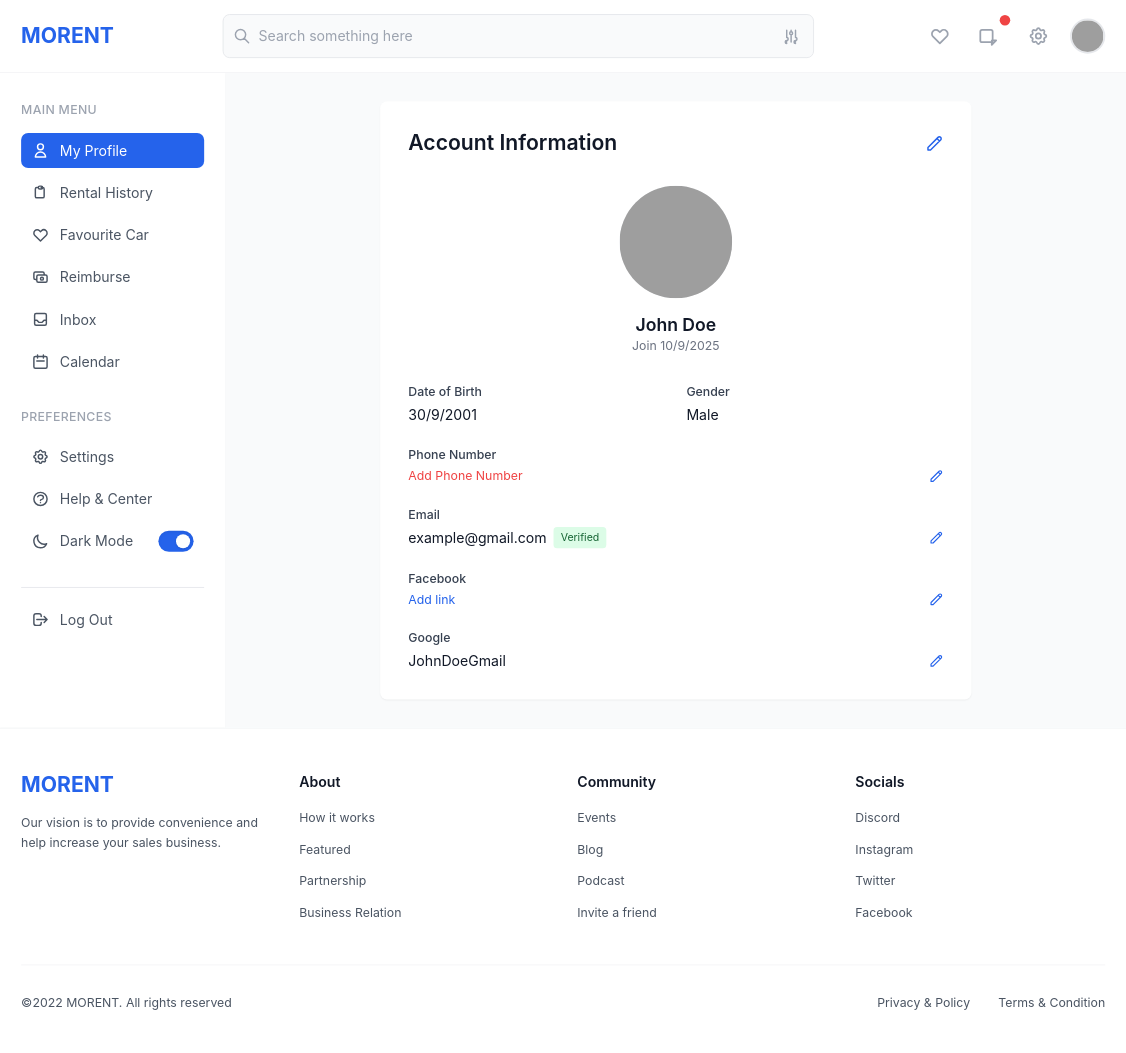
Repository: hhq160325/CRA
Page: /profile
These files come from the project's save history. The page is drawn as it stood at one moment and after the next save; the edit follows.
The browser window is 1280 px wide. The pictures show the whole page, at 88% of full size.
Pictures or frames that could not be fetched are drawn as grey boxes. The project was rebuilt for these pictures with package versions that can differ from the ones it lists, and the page was loaded fresh each time. Also part of the build but not shown: src/features/cars/RegisterCar.jsx, src/features/cars/RegisterCarStep2.jsx, src/features/cars/RegisterCarStep3.jsx, src/shared/components/ProtectedRoute.jsx.

Above is the page before, as saved 2025-10-05 15:38:58.

### src/index.css
@tailwind base;
@tailwind components;
@tailwind utilities;

/* Custom styles */
body {
  margin: 0;
  font-family: -apple-system, BlinkMacSystemFont, 'Segoe UI', 'Roboto', 'Oxygen',
    'Ubuntu', 'Cantarell', 'Fira Sans', 'Droid Sans', 'Helvetica Neue',
    sans-serif;
  -webkit-font-smoothing: antialiased;
  -moz-osx-font-smoothing: grayscale;
}

* {
  box-sizing: border-box;
}

### src/routes/AppRouter.jsx
import React from 'react';
import { Routes, Route } from 'react-router-dom';
import { RegisterCar, RegisterCarStep2, RegisterCarStep3 } from '../features/cars';
import { ProfilePage } from '../features/user';

// Placeholder components - replace with your actual pages
const HomePage = () => (
  <div className="container mx-auto px-6 py-8">
    <h1 className="text-3xl font-bold text-gray-900 mb-4">Welcome to MORENT</h1>
    <p className="text-gray-600">Your car rental platform is ready!</p>
  </div>
);

const AppRouter = () => {
  return (
    <Routes>
      <Route path="/" element={<HomePage />} />
      <Route path="/profile" element={<ProfilePage />} />
      <Route path="/register-car" element={<RegisterCar />} />
      <Route path="/register-car/step-2" element={<RegisterCarStep2 />} />
      <Route path="/register-car/step-3" element={<RegisterCarStep3 />} />
      {/* Add your other routes here */}
    </Routes>
  );
};

export default AppRouter;

### src/shared/components/NavBar.jsx
import React, { useState } from 'react';
import { Link } from 'react-router-dom';

const NavBar = () => {
    const [searchQuery, setSearchQuery] = useState('');

    return (
        <nav className="bg-white shadow-sm border-b border-gray-100 px-6 py-4">
            <div className="max-w-7xl mx-auto flex items-center justify-between">
                {/* Logo */}
                <div className="flex items-center">
                    <h1 className="text-2xl font-bold text-blue-600">MORENT</h1>
                </div>

                {/* Search Bar */}
                <div className="flex-1 max-w-2xl mx-8">
                    <div className="relative">
                        <div className="absolute inset-y-0 left-0 pl-3 flex items-center pointer-events-none">
                            <svg className="h-5 w-5 text-gray-400" fill="none" stroke="currentColor" viewBox="0 0 24 24">
                                <path strokeLinecap="round" strokeLinejoin="round" strokeWidth={2} d="M21 21l-6-6m2-5a7 7 0 11-14 0 7 7 0 0114 0z" />
                            </svg>
                        </div>
                        <input
                            type="text"
                            placeholder="Search something here"
                            value={searchQuery}
                            onChange={(e) => setSearchQuery(e.target.value)}
                            className="w-full pl-10 pr-12 py-3 border border-gray-200 rounded-lg focus:outline-none focus:ring-2 focus:ring-blue-500 focus:border-transparent bg-gray-50"
                        />
                        <div className="absolute inset-y-0 right-0 pr-3 flex items-center">
                            <button className="p-1 text-gray-400 hover:text-gray-600">
                                <svg className="h-5 w-5" fill="none" stroke="currentColor" viewBox="0 0 24 24">
                                    <path strokeLinecap="round" strokeLinejoin="round" strokeWidth={2} d="M12 6V4m0 2a2 2 0 100 4m0-4a2 2 0 110 4m-6 8a2 2 0 100-4m0 4a2 2 0 100 4m0-4v2m0-6V4m6 6v10m6-2a2 2 0 100-4m0 4a2 2 0 100 4m0-4v2m0-6V4" />
                                </svg>
                            </button>
                        </div>
                    </div>
                </div>

                {/* Right Side Icons */}
                <div className="flex items-center space-x-4">
                    {/* Heart/Favorites */}
                    <button className="p-2 text-gray-400 hover:text-gray-600 relative">
                        <svg className="h-6 w-6" fill="none" stroke="currentColor" viewBox="0 0 24 24">
                            <path strokeLinecap="round" strokeLinejoin="round" strokeWidth={2} d="M4.318 6.318a4.5 4.5 0 000 6.364L12 20.364l7.682-7.682a4.5 4.5 0 00-6.364-6.364L12 7.636l-1.318-1.318a4.5 4.5 0 00-6.364 0z" />
                        </svg>
                    </button>

                    {/* Notifications */}
                    <button className="p-2 text-gray-400 hover:text-gray-600 relative">
                        <svg className="h-6 w-6" fill="none" stroke="currentColor" viewBox="0 0 24 24">
                            <path strokeLinecap="round" strokeLinejoin="round" strokeWidth={2} d="M15 17h5l-5 5v-5zM4 19h10a2 2 0 002-2V7a2 2 0 00-2-2H4a2 2 0 00-2 2v10a2 2 0 002 2z" />
                        </svg>
                        {/* Notification badge */}
                        <span className="absolute -top-1 -right-1 h-3 w-3 bg-red-500 rounded-full"></span>
                    </button>

                    {/* Settings */}
                    <button className="p-2 text-gray-400 hover:text-gray-600">
                        <svg className="h-6 w-6" fill="none" stroke="currentColor" viewBox="0 0 24 24">
                            <path strokeLinecap="round" strokeLinejoin="round" strokeWidth={2} d="M10.325 4.317c.426-1.756 2.924-1.756 3.35 0a1.724 1.724 0 002.573 1.066c1.543-.94 3.31.826 2.37 2.37a1.724 1.724 0 001.065 2.572c1.756.426 1.756 2.924 0 3.35a1.724 1.724 0 00-1.066 2.573c.94 1.543-.826 3.31-2.37 2.37a1.724 1.724 0 00-2.572 1.065c-.426 1.756-2.924 1.756-3.35 0a1.724 1.724 0 00-2.573-1.066c-1.543.94-3.31-.826-2.37-2.37a1.724 1.724 0 00-1.065-2.572c-1.756-.426-1.756-2.924 0-3.35a1.724 1.724 0 001.066-2.573c-.94-1.543.826-3.31 2.37-2.37.996.608 2.296.07 2.572-1.065z" />
                            <path strokeLinecap="round" strokeLinejoin="round" strokeWidth={2} d="M15 12a3 3 0 11-6 0 3 3 0 016 0z" />
                        </svg>
                    </button>

                    {/* Profile */}
                    <Link to="/profile" className="flex items-center">
                        <img
                            src="https://images.unsplash.com/photo-1507003211169-0a1dd7228f2d?w=40&h=40&fit=crop&crop=face"
                            alt="Profile"
                            className="h-10 w-10 rounded-full border-2 border-gray-200 hover:border-blue-500 transition-colors cursor-pointer"
                        />
                    </Link>
                </div>
            </div>
        </nav>
    );
};

export default NavBar;

### src/features/user/components/ProfilePage.jsx
import { useState } from 'react';

const ProfilePage = () => {
  const [userInfo, setUserInfo] = useState({
    name: 'John Doe',
    joinDate: 'Join 10/9/2025',
    dateOfBirth: '30/9/2001',
    gender: 'Male',
    phoneNumber: '',
    email: 'example@gmail.com',
    facebook: '',
    google: 'JohnDoeGmail'
  });

  const handleEdit = (field) => {
    console.log(`Edit ${field}`);
  };

  return (
    <div className="min-h-screen bg-gray-50">
      {/* Container with sidebar and main content */}
      <div className="flex">
        {/* Sidebar - positioned to align under MORENT logo */}
        <div className="w-64 bg-white shadow-sm min-h-screen">
          <div className="p-6 pt-8">
            <div className="mb-8">
              <h2 className="text-sm font-medium text-gray-400 uppercase tracking-wide mb-4">MAIN MENU</h2>
              <nav className="space-y-2">
                <a href="#" className="flex items-center px-3 py-2 text-white bg-blue-600 rounded-lg">
                  <svg className="w-5 h-5 mr-3" fill="none" stroke="currentColor" viewBox="0 0 24 24">
                    <path strokeLinecap="round" strokeLinejoin="round" strokeWidth={2} d="M16 7a4 4 0 11-8 0 4 4 0 018 0zM12 14a7 7 0 00-7 7h14a7 7 0 00-7-7z" />
                  </svg>
                  My Profile
                </a>
                <a href="#" className="flex items-center px-3 py-2 text-gray-600 hover:bg-gray-50 rounded-lg">
                  <svg className="w-5 h-5 mr-3" fill="none" stroke="currentColor" viewBox="0 0 24 24">
                    <path strokeLinecap="round" strokeLinejoin="round" strokeWidth={2} d="M9 5H7a2 2 0 00-2 2v10a2 2 0 002 2h8a2 2 0 002-2V7a2 2 0 00-2-2h-2M9 5a2 2 0 002 2h2a2 2 0 002-2M9 5a2 2 0 012-2h2a2 2 0 012 2" />
                  </svg>
                  Rental History
                </a>
                <a href="#" className="flex items-center px-3 py-2 text-gray-600 hover:bg-gray-50 rounded-lg">
                  <svg className="w-5 h-5 mr-3" fill="none" stroke="currentColor" viewBox="0 0 24 24">
                    <path strokeLinecap="round" strokeLinejoin="round" strokeWidth={2} d="M4.318 6.318a4.5 4.5 0 000 6.364L12 20.364l7.682-7.682a4.5 4.5 0 00-6.364-6.364L12 7.636l-1.318-1.318a4.5 4.5 0 00-6.364 0z" />
                  </svg>
                  Favourite Car
                </a>
                <a href="#" className="flex items-center px-3 py-2 text-gray-600 hover:bg-gray-50 rounded-lg">
                  <svg className="w-5 h-5 mr-3" fill="none" stroke="currentColor" viewBox="0 0 24 24">
                    <path strokeLinecap="round" strokeLinejoin="round" strokeWidth={2} d="M17 9V7a2 2 0 00-2-2H5a2 2 0 00-2 2v6a2 2 0 002 2h2m2 4h10a2 2 0 002-2v-6a2 2 0 00-2-2H9a2 2 0 00-2 2v6a2 2 0 002 2zm7-5a2 2 0 11-4 0 2 2 0 014 0z" />
                  </svg>
                  Reimburse
                </a>
                <a href="#" className="flex items-center px-3 py-2 text-gray-600 hover:bg-gray-50 rounded-lg">
                  <svg className="w-5 h-5 mr-3" fill="none" stroke="currentColor" viewBox="0 0 24 24">
                    <path strokeLinecap="round" strokeLinejoin="round" strokeWidth={2} d="M20 13V6a2 2 0 00-2-2H6a2 2 0 00-2 2v7m16 0v5a2 2 0 01-2 2H6a2 2 0 01-2-2v-5m16 0h-2.586a1 1 0 00-.707.293l-2.414 2.414a1 1 0 01-.707.293h-3.172a1 1 0 01-.707-.293l-2.414-2.414A1 1 0 006.586 13H4" />
                  </svg>
                  Inbox
                </a>
                <a href="#" className="flex items-center px-3 py-2 text-gray-600 hover:bg-gray-50 rounded-lg">
                  <svg className="w-5 h-5 mr-3" fill="none" stroke="currentColor" viewBox="0 0 24 24">
                    <path strokeLinecap="round" strokeLinejoin="round" strokeWidth={2} d="M8 7V3m8 4V3m-9 8h10M5 21h14a2 2 0 002-2V7a2 2 0 00-2-2H5a2 2 0 00-2 2v12a2 2 0 002 2z" />
                  </svg>
                  Calendar
                </a>
              </nav>
            </div>

            <div className="mb-8">
              <h2 className="text-sm font-medium text-gray-400 uppercase tracking-wide mb-4">PREFERENCES</h2>
              <nav className="space-y-2">
                <a href="#" className="flex items-center px-3 py-2 text-gray-600 hover:bg-gray-50 rounded-lg">
                  <svg className="w-5 h-5 mr-3" fill="none" stroke="currentColor" viewBox="0 0 24 24">
                    <path strokeLinecap="round" strokeLinejoin="round" strokeWidth={2} d="M10.325 4.317c.426-1.756 2.924-1.756 3.35 0a1.724 1.724 0 002.573 1.066c1.543-.94 3.31.826 2.37 2.37a1.724 1.724 0 001.065 2.572c1.756.426 1.756 2.924 0 3.35a1.724 1.724 0 00-1.066 2.573c.94 1.543-.826 3.31-2.37 2.37a1.724 1.724 0 00-2.572 1.065c-.426 1.756-2.924 1.756-3.35 0a1.724 1.724 0 00-2.573-1.066c-1.543.94-3.31-.826-2.37-2.37a1.724 1.724 0 00-1.065-2.572c-1.756-.426-1.756-2.924 0-3.35a1.724 1.724 0 001.066-2.573c-.94-1.543.826-3.31 2.37-2.37.996.608 2.296.07 2.572-1.065z" />
                    <path strokeLinecap="round" strokeLinejoin="round" strokeWidth={2} d="M15 12a3 3 0 11-6 0 3 3 0 016 0z" />
                  </svg>
                  Settings
                </a>
                <a href="#" className="flex items-center px-3 py-2 text-gray-600 hover:bg-gray-50 rounded-lg">
                  <svg className="w-5 h-5 mr-3" fill="none" stroke="currentColor" viewBox="0 0 24 24">
                    <path strokeLinecap="round" strokeLinejoin="round" strokeWidth={2} d="M8.228 9c.549-1.165 2.03-2 3.772-2 2.21 0 4 1.343 4 3 0 1.4-1.278 2.575-3.006 2.907-.542.104-.994.54-.994 1.093m0 3h.01M21 12a9 9 0 11-18 0 9 9 0 0118 0z" />
                  </svg>
                  Help & Center
                </a>
                <div className="flex items-center px-3 py-2 text-gray-600">
                  <svg className="w-5 h-5 mr-3" fill="none" stroke="currentColor" viewBox="0 0 24 24">
                    <path strokeLinecap="round" strokeLinejoin="round" strokeWidth={2} d="M20.354 15.354A9 9 0 018.646 3.646 9.003 9.003 0 0012 21a9.003 9.003 0 008.354-5.646z" />
                  </svg>
                  <span className="flex-1">Dark Mode</span>
                  <div className="relative">
                    <input type="checkbox" className="sr-only" />
                    <div className="w-10 h-6 bg-blue-600 rounded-full shadow-inner">
                      <div className="w-4 h-4 bg-white rounded-full shadow transform translate-x-5 translate-y-1"></div>
                    </div>
                  </div>
                </div>
              </nav>
            </div>

            <div className="pt-4 border-t">
              <a href="#" className="flex items-center px-3 py-2 text-gray-600 hover:bg-gray-50 rounded-lg">
                <svg className="w-5 h-5 mr-3" fill="none" stroke="currentColor" viewBox="0 0 24 24">
                  <path strokeLinecap="round" strokeLinejoin="round" strokeWidth={2} d="M17 16l4-4m0 0l-4-4m4 4H7m6 4v1a3 3 0 01-3 3H6a3 3 0 01-3-3V7a3 3 0 013-3h4a3 3 0 013 3v1" />
                </svg>
                Log Out
              </a>
            </div>
          </div>
        </div>

        {/* Main Content - Centered */}
        <div className="flex-1 flex items-center justify-center p-8">
          <div className="w-full max-w-2xl">
            <div className="bg-white rounded-lg shadow-sm p-8">
              <div className="flex items-center justify-between mb-8">
                <h1 className="text-2xl font-semibold text-gray-900">Account Information</h1>
                <button className="text-blue-600 hover:text-blue-700">
                  <svg className="w-5 h-5" fill="none" stroke="currentColor" viewBox="0 0 24 24">
                    <path strokeLinecap="round" strokeLinejoin="round" strokeWidth={2} d="M15.232 5.232l3.536 3.536m-2.036-5.036a2.5 2.5 0 113.536 3.536L6.5 21.036H3v-3.572L16.732 3.732z" />
                  </svg>
                </button>
              </div>

              <div className="flex flex-col items-center mb-8">
                {/* Profile Image */}
                <div className="w-32 h-32 rounded-full overflow-hidden bg-gray-200 mb-4">
                  <img
                    src="https://images.unsplash.com/photo-1507003211169-0a1dd7228f2d?w=150&h=150&fit=crop&crop=face"
                    alt="Profile"
                    className="w-full h-full object-cover"
                  />
                </div>
                <h2 className="text-xl font-semibold text-gray-900">{userInfo.name}</h2>
                <p className="text-sm text-gray-500">{userInfo.joinDate}</p>
              </div>

              {/* Profile Information */}
              <div className="space-y-6">
                <div className="grid grid-cols-2 gap-6">
                  <div>
                    <label className="block text-sm font-medium text-gray-700 mb-1">Date of Birth</label>
                    <div className="text-gray-900">{userInfo.dateOfBirth}</div>
                  </div>

                  <div>
                    <label className="block text-sm font-medium text-gray-700 mb-1">Gender</label>
                    <div className="text-gray-900">{userInfo.gender}</div>
                  </div>
                </div>

                <div>
                  <label className="block text-sm font-medium text-gray-700 mb-1">Phone Number</label>
                  <div className="flex items-center justify-between">
                    {userInfo.phoneNumber ? (
                      <span className="text-gray-900">{userInfo.phoneNumber}</span>
                    ) : (
                      <span className="text-red-500 text-sm">Add Phone Number</span>
                    )}
                    <button
                      onClick={() => handleEdit('phoneNumber')}
                      className="text-blue-600 hover:text-blue-700"
                    >
                      <svg className="w-4 h-4" fill="none" stroke="currentColor" viewBox="0 0 24 24">
                        <path strokeLinecap="round" strokeLinejoin="round" strokeWidth={2} d="M15.232 5.232l3.536 3.536m-2.036-5.036a2.5 2.5 0 113.536 3.536L6.5 21.036H3v-3.572L16.732 3.732z" />
                      </svg>
                    </button>
                  </div>
                </div>

                <div>
                  <label className="block text-sm font-medium text-gray-700 mb-1">Email</label>
                  <div className="flex items-center justify-between">
                    <div className="flex items-center space-x-2">
                      <span className="text-gray-900">{userInfo.email}</span>
                      <span className="px-2 py-1 bg-green-100 text-green-800 text-xs rounded">Verified</span>
                    </div>
                    <button
                      onClick={() => handleEdit('email')}
                      className="text-blue-600 hover:text-blue-700"
                    >
                      <svg className="w-4 h-4" fill="none" stroke="currentColor" viewBox="0 0 24 24">
                        <path strokeLinecap="round" strokeLinejoin="round" strokeWidth={2} d="M15.232 5.232l3.536 3.536m-2.036-5.036a2.5 2.5 0 113.536 3.536L6.5 21.036H3v-3.572L16.732 3.732z" />
                      </svg>
                    </button>
                  </div>
                </div>

                <div>
                  <label className="block text-sm font-medium text-gray-700 mb-1">Facebook</label>
                  <div className="flex items-center justify-between">
                    {userInfo.facebook ? (
                      <span className="text-gray-900">{userInfo.facebook}</span>
                    ) : (
                      <span className="text-blue-600 text-sm cursor-pointer">Add link</span>
                    )}
                    <button
                      onClick={() => handleEdit('facebook')}
                      className="text-blue-600 hover:text-blue-700"
                    >
                      <svg className="w-4 h-4" fill="none" stroke="currentColor" viewBox="0 0 24 24">
                        <path strokeLinecap="round" strokeLinejoin="round" strokeWidth={2} d="M15.232 5.232l3.536 3.536m-2.036-5.036a2.5 2.5 0 113.536 3.536L6.5 21.036H3v-3.572L16.732 3.732z" />
                      </svg>
                    </button>
                  </div>
                </div>

                <div>
                  <label className="block text-sm font-medium text-gray-700 mb-1">Google</label>
                  <div className="flex items-center justify-between">
                    <span className="text-gray-900">{userInfo.google}</span>
                    <button
                      onClick={() => handleEdit('google')}
                      className="text-blue-600 hover:text-blue-700"
                    >
                      <svg className="w-4 h-4" fill="none" stroke="currentColor" viewBox="0 0 24 24">
                        <path strokeLinecap="round" strokeLinejoin="round" strokeWidth={2} d="M15.232 5.232l3.536 3.536m-2.036-5.036a2.5 2.5 0 113.536 3.536L6.5 21.036H3v-3.572L16.732 3.732z" />
                      </svg>
                    </button>
                  </div>
                </div>
              </div>
            </div>
          </div>
        </div>
      </div>
    </div>
  );
};

export default ProfilePage;

Loaded but not shown: src/index.js (common file); src/features/auth/authSlice.js (244 lines, source omitted); src/features/auth/utils.js (128 lines, source omitted); src/features/auth/authService.js (124 lines, source omitted); src/shared/utils/common.js (110 lines, source omitted); src/shared/constants/index.js (63 lines, source omitted); src/features/auth/api.js (19 lines, source omitted); src/App.js (24 lines, source omitted); tailwind.config.js (19 lines, source omitted); src/shared/index.js (6 lines, source omitted); src/app/store.js (10 lines, source omitted); src/features/cars/index.js (3 lines, source omitted); src/features/user/index.js (1 lines, source omitted); src/shared/components/Footer.jsx (118 lines, source omitted)

After the next save:
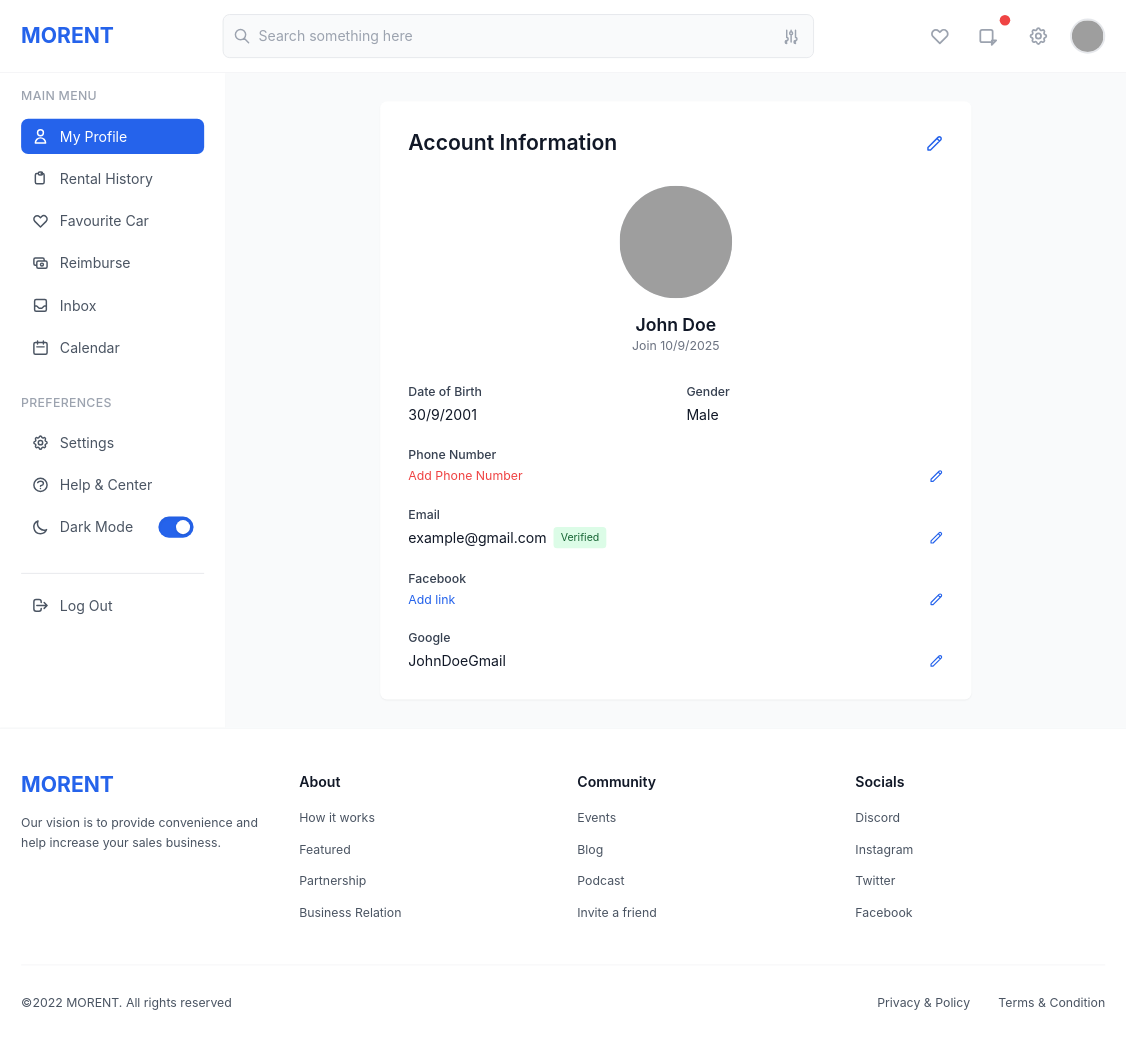
Saved 110 s later.
--- a/src/features/user/components/ProfilePage.jsx
+++ b/src/features/user/components/ProfilePage.jsx
@@ -22,7 +22,7 @@ const ProfilePage = () => {
       <div className="flex">
         {/* Sidebar - positioned to align under MORENT logo */}
         <div className="w-64 bg-white shadow-sm min-h-screen">
-          <div className="p-6 pt-8">
+          <div className="px-6 pt-4">
             <div className="mb-8">
               <h2 className="text-sm font-medium text-gray-400 uppercase tracking-wide mb-4">MAIN MENU</h2>
               <nav className="space-y-2">
